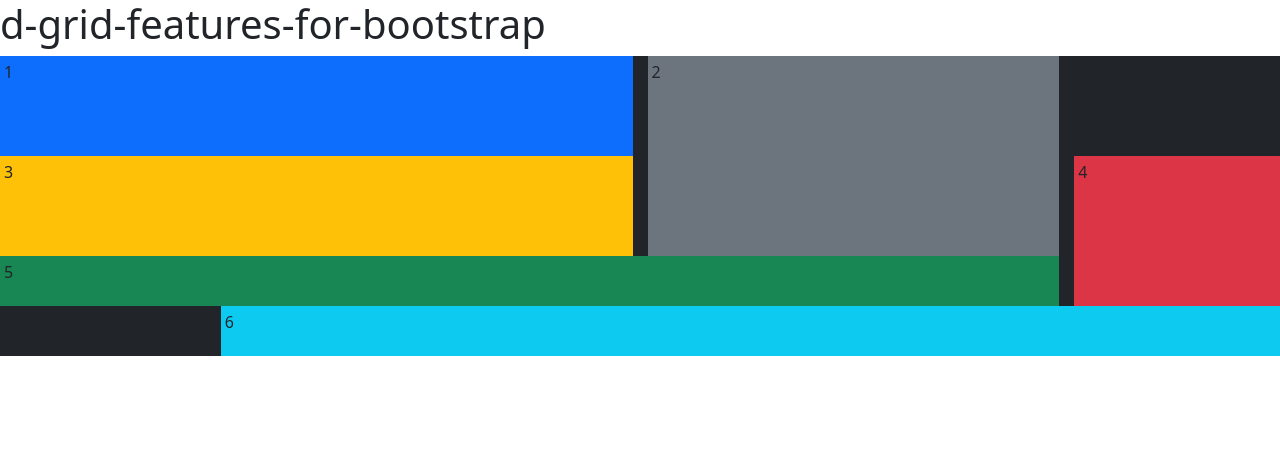
Repository: LynxPardelle/d-grid-features-for-bootstrap
Page: index.html
The author's editor kept a copy of each file at every save. The page is drawn from the files as they stood at one save, then again after the next save.
The browser window is 1280 px wide. The pictures show the whole page.

Above is the page before, as saved 2021-10-20 04:46:33.

### index.html
<!DOCTYPE html>
<html lang="en">
<head>
  <meta charset="UTF-8">
  <meta http-equiv="X-UA-Compatible" content="IE=edge">
  <meta name="viewport" content="width=device-width, initial-scale=1.0">
  <title>d-grid-features-for-bootstrap</title>
  <link href="https://cdn.jsdelivr.net/npm/bootstrap@5.1.3/dist/css/bootstrap.min.css" rel="stylesheet" integrity="sha384-1BmE4kWBq78iYhFldvKuhfTAU6auU8tT94WrHftjDbrCEXSU1oBoqyl2QvZ6jIW3" crossorigin="anonymous">
</head>
<body>
  <h1>d-grid-features-for-bootstrap</h1>

  <!-- <section class="d-grid bg-dark" data-gfbs data-gfbs-gtc="repeat(4, 1fr)" data-gfbs-gtr="repeat(2, 100px)" > -->
    <!-- <section class="d-grid bg-dark" data-gfbs data-gfbs-gta='"f f b c c a"" f f d e e a"'> -->
      <section class="d-grid bg-dark" data-gfbs data-gfbs-gt='
      [row1-start] "a a b ." 50px [row1-end]
      [row2-start] "a a b ." 50px [row2-end]
      [row3-start] "c c b d" 50px [row3-end]
      [row4-start] "c c b d" 50px [row4-end]
      [row5-start] "e e e d" 50px [row5-end]
      [row6-start] ". f f f" 50px [row6-end]
      / 1fr 2fr 2fr 1fr'
      data-gfbs-cg="15px">
    <div data-gfbs data-gfbs-ga="a" class="grid-element bg-primary p-1">
      1
    </div>

    <div data-gfbs data-gfbs-ga="b" class="grid-element bg-secondary p-1">
      2
    </div>
    <div data-gfbs data-gfbs-ga="c" class="grid-element bg-warning p-1">
      3
    </div>
    <div data-gfbs data-gfbs-ga="d" class="grid-element bg-danger p-1">
      4
    </div>
    <div data-gfbs data-gfbs-ga="e" class="grid-element bg-success p-1">
      5
    </div>
    <div data-gfbs data-gfbs-ga="f" class="grid-element bg-info p-1">
      6
    </div>
  </section>

  <script src="https://cdn.jsdelivr.net/npm/bootstrap@5.1.3/dist/js/bootstrap.bundle.min.js" integrity="sha384-ka7Sk0Gln4gmtz2MlQnikT1wXgYsOg+OMhuP+IlRH9sENBO0LRn5q+8nbTov4+1p" crossorigin="anonymous"></script>
  <script src="./d-grid.js"></script>
</body>
</html>

### d-grid.js
"use strict";

let gridElements = document.querySelectorAll("[data-gfbs]");
console.log(gridElements);

for (let gridElement of gridElements) {
  for (let attribute of gridElement.attributes) {
    if (attribute.localName.includes("gfbs-")) {

      console.log(attribute);

      let at = attribute.localName
      let attValue = attribute.value;
      console.log(attValue);
      console.log(typeof attValue);
      switch(true){
        /* Container */
        case at.includes("custom"):
          gridElement.style.cssText += attValue;
        break;
        case at.includes("gtc"):
          gridElement.style.gridTemplateColumns = attValue;
        break;
        case at.includes("gtr"):
          gridElement.style.gridTemplateRows = attValue;
        break;
        case at.includes("gta"):
          gridElement.style.gridTemplateAreas = attValue;
        break;
        case at.includes("gt"):
          gridElement.style.gridTemplate = attValue;
        break;
        case at.includes("cg"):
          gridElement.style.columnGap = attValue;
        break;
        case at.includes("rg"):
          gridElement.style.rowGap = attValue;
        break;

        /* Item */
        case at.includes("ga"):
          gridElement.style.gridArea = attValue;
        break;
      }
    }
  }
}

After the next save:
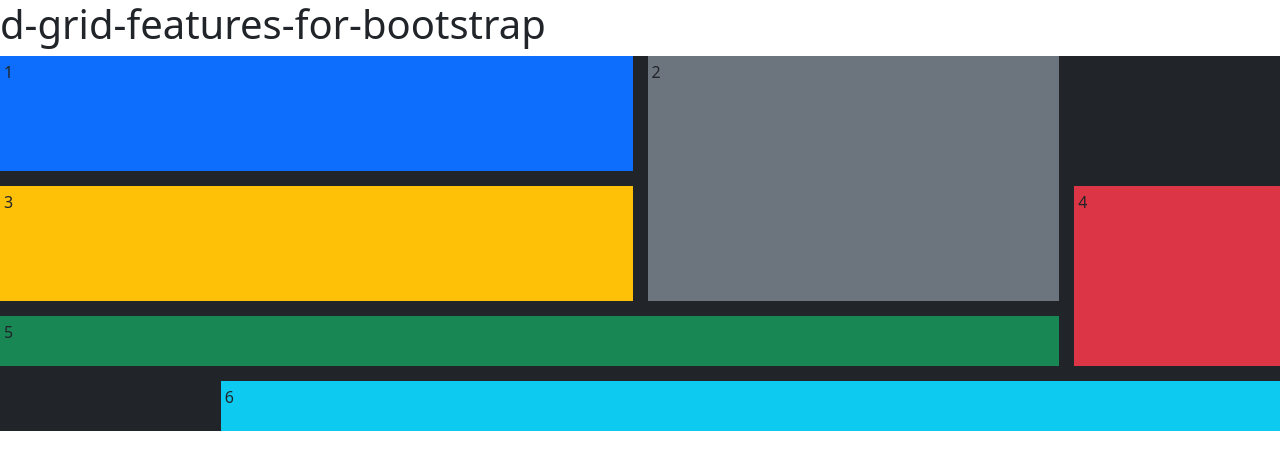
Saved 7 s later.
--- a/index.html
+++ b/index.html
@@ -20,7 +20,9 @@
       [row5-start] "e e e d" 50px [row5-end]
       [row6-start] ". f f f" 50px [row6-end]
       / 1fr 2fr 2fr 1fr'
-      data-gfbs-cg="15px">
+      data-gfbs-cg="15px"
+      data-gfbs-rg="15px"
+      >
     <div data-gfbs data-gfbs-ga="a" class="grid-element bg-primary p-1">
       1
     </div>
